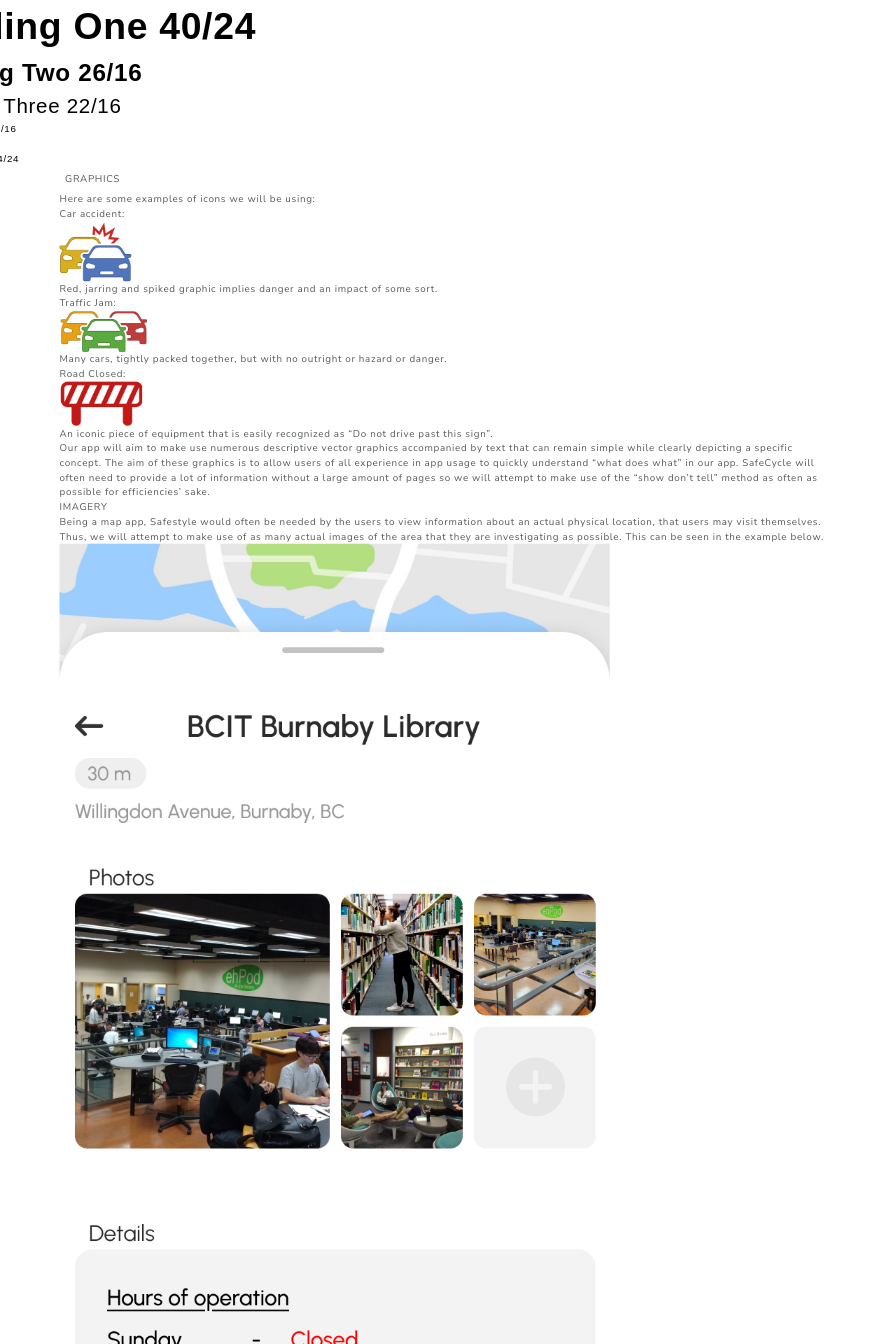
Repository: Aladdin3r/safecycle-styleguide
Page: /
The author's editor kept a copy of each file at every save. The page is drawn from the files as they stood at one save, then again after a run of saves.
The browser window is 1280 px wide. The pictures show the part of the page from y = 2724 to 4644 px (the page is 5335 px tall before and 5355 px after), at 70% of full size.
The project was rebuilt for these pictures with package versions that can differ from the ones it lists, and the page was loaded fresh each time. The framework's server and built-in components were replaced by stand-ins that run in the browser. Also part of the build but not shown: next.config.mjs.

Above is the page before, as saved 2024-04-09 22:17:19.

### pages/_app.js
import "@/styles/globals.css";
import "@/styles/bootstrap.min.css";
import { useEffect } from "react";


export default function App({ Component, pageProps }) {

  useEffect(() => {
    require("bootstrap/dist/js/bootstrap.bundle.min.js");
  }, []);
  return <Component {...pageProps} />;
}

### pages/index.js
import Head from "next/head";
import styles from "@/styles/Home.module.css"

export default function Home() {

  return (
    <>
      <Head>
        <title>SafeCycle Styleguide</title>
        <meta name="description"
        content=
        "Created by Rawan Aladdin, Nea Pieroelie, Andrew Turitsa."
       />
        <meta name="viewport" content="width=device-width, initial-scale=1" />
        <link rel="icon" href="/favicon1.svg" />
      </Head>
      <nav class="navbar navbar-expand-lg bg-light sticky-top" data-bs-theme="light">
        <div class="container-fluid">
          <a class="navbar-brand" href="#">SafeCycle</a>
          <button class="navbar-toggler" type="button" data-bs-toggle="collapse" data-bs-target="#navbarColor03" aria-controls="navbarColor03" aria-expanded="false" aria-label="Toggle navigation">
            <span class="navbar-toggler-icon"></span>
          </button>
          <div class="collapse navbar-collapse" id="navbarColor03">
            <ul class="navbar-nav me-auto">
              <li class="nav-item">
                <a class="nav-link active" href="#">Home</a>
              </li>
              <li class="nav-item">
                <a class="nav-link" href="#logo">Logo</a>
              </li>
              <li class="nav-item">
                <a class="nav-link" href="#colours">Colours</a>
              </li>
              <li class="nav-item">
                <a class="nav-link" href="#types">Typography, Imagery, Graphics</a>
              </li>
              <li class="nav-item">
                <a class="nav-link" href="#refs">References</a>
              </li>
            </ul>
          </div>
        </div>
      </nav>
      <main>
      <div class="jumbotron">
        <h1 class="display-3 mt-5 pt-5">SafeCycle</h1>
        <p class="display-4 pb-5">Styleguide</p>
        <hr class="my-5"/>
        <p class="mb-5">Rawan Aladdin, Nea Pieroelie, Andrew Turitsa</p>
        <p class="lead mb-5">
          <a class="btn btn-primary btn-lg my-5" href="#logo" role="button">Start the guide</a>
        </p>
      </div>
      <div id="logo" class="p-4">
        <h2 class="p-2 mt-3">Logo Design</h2>
        <p class="p-3">
          Logo font choice: DIN condensed bold
          colours: #F0983F orange #911C12 red #AD5C0A pale orange
        </p>
        <div class="container">
          <div class="card-group">
              <div class="row">
                <div className="col-sm-4">
                  <div class="bg-primary card text-white mb-3" className={styles.card}>
                    <div class="card-body">
                      <h4 class="card-title">Full-colour logo</h4>
                      <img class="card-img-top" src="/fullcolourlogo.svg" alt="full-colour logo"></img>
                      <p class="card-text">Some quick example text to build on the card title and make up the bulk of the card's content. blah blah blah</p>
                    </div>
                  </div>
                </div>

                <div className="col-sm-4">
                  <div class="bg-primary card text-white mb-3" className={styles.card}>
                  <div class="card-body">
                    <h4 class="card-title">Black and white Logo</h4>
                    <img class="card-img-top" src="/blackandwhitelogo.svg" alt="black and white logo"></img>
                    <p class="card-text">Some quick example text to build on the card title and make up the bulk of the card's content.</p>
                  </div>
                  </div>
                </div>

                <div className="col-sm-4">
                  <div class="bg-primary card text-white mb-3" className={styles.card}>
                  <div class="card-body">
                    <h4 class="card-title">Greyscale Logo</h4>
                    <img class="card-img-top" src="/greyscalelogo.svg" alt="greyscale logo"></img>
                    <p class="card-text">Some quick example text to build on the card title and make up the bulk of the card's content.</p>
                  </div>
                  </div>
                </div>

              </div>

              <div class="row">
                <div className="col-sm-4">
                  <div class="bg-primary card text-white mb-3" className={styles.card}>
                    <div class="card-body">
                      <h4 class="card-title">Monochromatic logo</h4>
                      <img class="card-img-top" src="/monochromatic.svg" alt="Monochromatic logo"></img>
                      <p class="card-text">Some quick example text to build on the card title and make up the bulk of the card's content. blah blah blah</p>
                    </div>
                  </div>
                </div>

                <div className="col-sm-4">
                  <div class="bg-primary card text-white mb-3" className={styles.card}>
                  <div class="card-body">
                    <h4 class="card-title">Horizontal version of full-colour Logo</h4>
                    <img class="card-img-top" src="/horizontalfullcolour.svg" alt="horizontal full colour logo"></img>
                    <p class="card-text">Some quick example text to build on the card title and make up the bulk of the card's content.</p>
                  </div>
                  </div>

              </div>

              <div className="col-sm-4">
                <div class="bg-primary card  text-white mb-3" className={styles.card}>
                <div class="card-body">
                  <h4 class="card-title">Stacked/vertical version of full-colour Logo</h4>
                  <img class="card-img-top" src="/verticalfullcolour.svg" alt="stacked/vertical colour logo"></img>
                  <p class="card-text">Some quick example text to build on the card title and make up the bulk of the card's content.</p>
                </div>
                </div>
              </div>
            </div>
            <div class="row">
                <div className="col-sm-4">
                  <div class="bg-primary card text-white mb-3" className={styles.card}>
                    <div class="card-body z-3">
                      <h4 class="card-title">16x16px Favicon</h4>
                      <img class="card-img-top" src="/favicon1.svg" alt="xs favicon"></img>
                      <p class="card-text">Some quick example text to build on the card title and make up the bulk of the card's content. blah blah blah</p>
                    </div>
                  </div>
                </div>

                <div className="col-sm-4">
                  <div class="bg-primary card  text-white mb-3" className={styles.card}>
                  <div class="card-body">
                    <h4 class="card-title">32x32px Favicon</h4>
                    <img class="card-img-top" src="/favicon2.svg" alt="small favicon"></img>
                    <p class="card-text">Some quick example text to build on the card title and make up the bulk of the card's content.</p>
                  </div>
                  </div>

              </div>

              <div className="col-sm-4">
                <div class="bg-primary card text-white mb-3" className={styles.card}>
                <div class="card-body">
                  <h4 class="card-title">48x48px Favicon</h4>
                  <img class="card-img-top" src="/favicon3.svg" alt="normal favicon"></img>
                  <p class="card-text">Some quick example text to build on the card title and make up the bulk of the card's content.</p>
                </div>
                </div>
              </div>
            </div>
          </div>
        </div>
      </div>
      <div id="colours" class="p-4">
        <h2 class="p-2">Colour Palette, Colour Accessibility</h2>
        <div class="container">

        </div>
      </div>
      <div id="types" class="p-4">
        <h2 class="p-2">Typography, Imagery, Graphics</h2>
        <div class="container">
        <p className={styles.typo_desc} class="p-3">
        The fonts used in SafeCycle will be a blend of Urbanist and Sarabun. They are both sans serif fonts that are not too fancy but also not too rigid and boring. We believe that these fonts have a charming blend of simple, practical functionality and the calming, welcoming feel of a guidance application.  The characters of the Urbanist font are slightly more block-like, so this font will be used primary for heading and standalone words or phrases. Sarabun's characters on the other hand have a more natural curves and shaped, so this more elegant font will be used for body text and paragraphs.
        </p>
        <div className={styles.h1Typo}>Heading One 40/24</div>
        <div className={styles.h2Typo}>Heading Two 26/16</div>
        <div className={styles.h3Typo}>Heading Three 22/16</div>
        <div className={styles.h4Typo}>Heading Four 20/16</div>
        <div className={styles.BodyTypo}>Body 14/24</div>
        <div className={styles.ButtonMetaTypo}>Button + Meta 14/24</div>
        <div class="p-2">GRAPHICS</div>
        <div>Here are some examples of icons we will be using:</div>
        <div>Car accident:</div>
        <img class="carCrash" src="/carCrash.png" alt="Car Accident"></img>
        <div>Red, jarring and spiked graphic implies danger and an impact of some sort.</div>
        <div>Traffic Jam:</div>
        <img class="traffic" src="/traffic.png" alt="Traffic"></img>
        <div>Many cars, tightly packed together, but with no outright or hazard or danger.</div>
        <div>Road Closed:</div>
        <img class="RoadClosed" src="/RoadClosed.png" alt="Raod Closed"></img>
        <div>An iconic piece of equipment that is easily recognized as “Do not drive past this sign”.</div>
        <div>Our app will aim to make use numerous descriptive vector graphics accompanied by text that can remain simple while clearly depicting a specific concept. The aim of these graphics is to allow users of all experience in app usage to quickly understand “what does what” in our app. SafeCycle will often need to provide a lot of information without a large amount of pages so we will attempt to make use of the “show don’t tell” method as often as possible for efficiencies’ sake.</div>
        <div>IMAGERY</div>
        <div>Being a map app, Safestyle would often be needed by the users to view information about an actual physical location, that users may visit themselves. Thus, we will attempt to make use of as many actual images of the area that they are investigating as possible. This can be seen in the example below.</div>
        <img class="locationPage" src="/locationPage.png" alt="Location Page"></img>


        </div>
        </div>
      <div id="refs" class="p-4">
        <h2 class="p-2">References</h2>
        <div class="container">

        </div>
      </div>
      </main>
    </>
  );
}

### styles/Home.module.css
.main {
  display: flex;
  flex-direction: column;
  justify-content: space-between;
  align-items: center;
  padding: 6rem;
  min-height: 100vh;
}
.card{
  max-width: 30em;
}

.typo_desc{
  margin-left: -14.5em;

}
.h1Typo {
  font-family: "Urbanist", sans-serif;
  font-style: bold;
  font-size: 40pt;
  font-weight: 900;
  color: black;
  margin-left: -4em;
}
.h2Typo {
  font-family: "Urbanist", sans-serif;
  font-style: bold;
  font-size: 26pt;
  font-weight: 600;
  color: black;
  margin-left: -6em;
}
.h3Typo {
  font-family: "Urbanist", sans-serif;
  font-style: bold;
  font-size: 22pt;
  font-weight: 500;
  color: black;
  margin-left: -7em;
}
.h4Typo {
  font-family: "Urbanist", sans-serif;
  font-style: bold;
  font-size: 20;
  font-weight: 500;
  color: black;
  margin-left: -14.5em;
}

.BodyTypo {
  font-family: "Sarabun", sans-serif;
  font-weight:500;
  font-style: normal;
  color: black;
  font-size: 18;
  margin-left: -14.5em;
}
.ButtonMetaTypo {
  font-family: "Sarabun", sans-serif;
  font-weight:500;
  font-style: normal;
  color: black;
  font-size: 18;
  margin-left: -14.5em;
}

Loaded but not shown: pages/_document.js (common file); styles/globals.css (common file); styles/bootstrap.min.css (library)

After the next 2 saves:
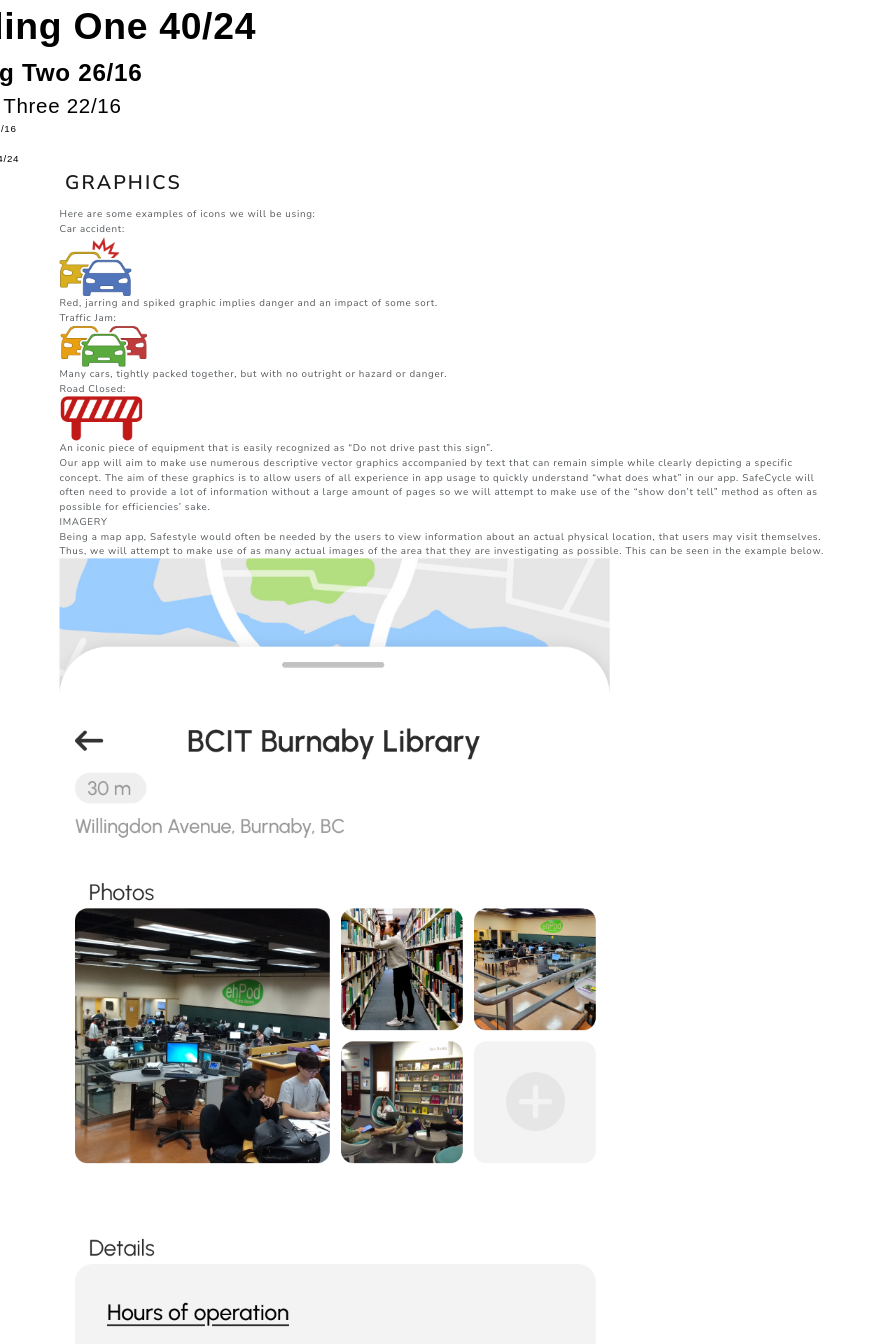
The 2 saves are shown as one change because they came seconds apart.
The last was saved 34 s later.
--- a/pages/index.js
+++ b/pages/index.js
@@ -177,7 +177,7 @@
         <div className={styles.h4Typo}>Heading Four 20/16</div>
         <div className={styles.BodyTypo}>Body 14/24</div>
         <div className={styles.ButtonMetaTypo}>Button + Meta 14/24</div>
-        <div class="p-2">GRAPHICS</div>
+        <h2 class="p-2">GRAPHICS</h2>
         <div>Here are some examples of icons we will be using:</div>
         <div>Car accident:</div>
         <img class="carCrash" src="/carCrash.png" alt="Car Accident"></img>
